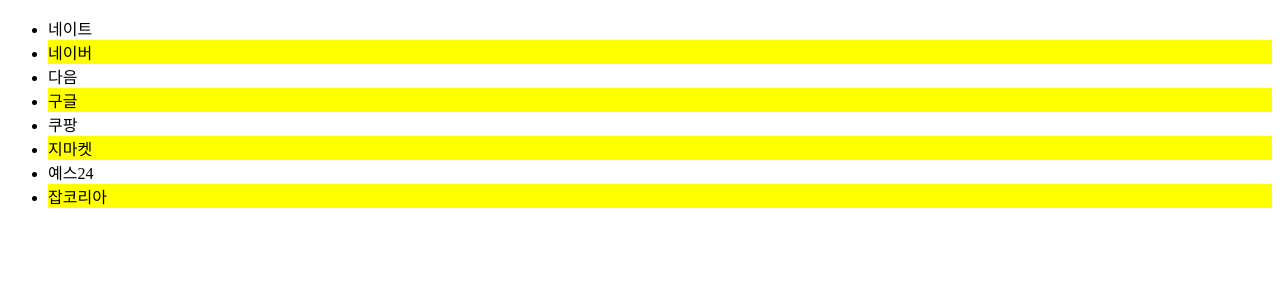
Repository: KangSuA/JSP
Page: webApp/src/main/webapp/jquery/jq04_select.html
The author's editor kept a copy of each file at every save. The page is drawn from the files as they stood at one save, then again after the next save.
The browser window is 1280 px wide. The pictures show the whole page.

Above is the page before, as saved 2023-02-14 05:30:06.

### webApp/src/main/webapp/jquery/jq04_select.html
<!DOCTYPE html>
<html>
<head>
<meta charset="UTF-8">
<title>Insert title here</title>
<script src="https://cdnjs.cloudflare.com/ajax/libs/jquery/3.6.3/jquery.min.js" ></script>
<script>
	$(function(){
		// 위치선택자
		$('.lst>li:odd').css('background-color','yellow');
	});
</script>
</head>
<body>
	<ul class="lst">
	<li>네이트</li>
	<li>네이버</li>
	<li>다음</li>
	<li>구글</li>
	<li>쿠팡</li>
	<li>지마켓</li>
	<li>예스24</li>
	<li>잡코리아</li>
	</ul>

</body>
</html>

After the next save:
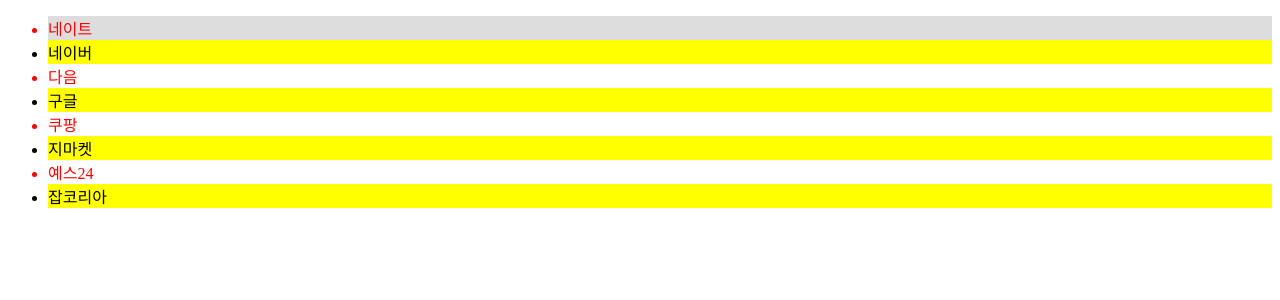
Saved 2 min 28 s later.
--- a/webApp/src/main/webapp/jquery/jq04_select.html
+++ b/webApp/src/main/webapp/jquery/jq04_select.html
@@ -8,6 +8,8 @@
 	$(function(){
 		// 위치선택자
 		$('.lst>li:odd').css('background-color','yellow');
+		$('.lst>li:even').css('color','red');
+		$('.lst>li:first').css('background-color','#ddd');
 	});
 </script>
 </head>
